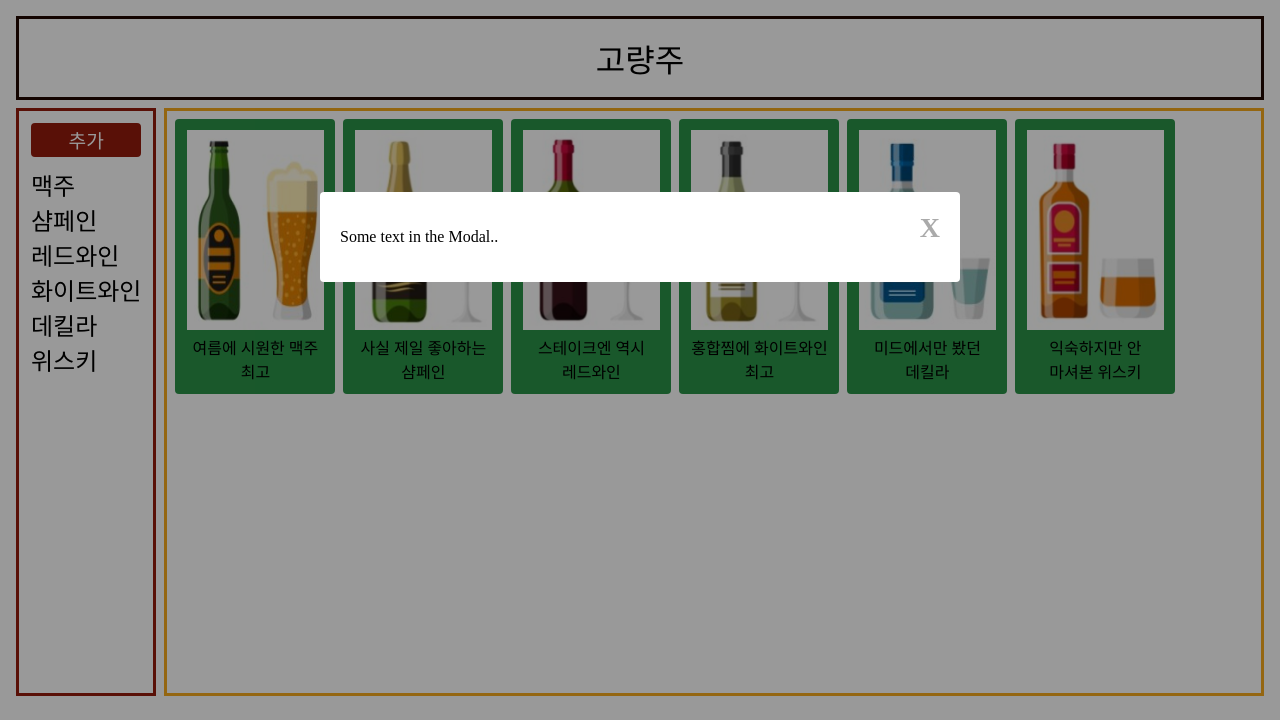
Repository: Jay-JYKim91/grj_2nd_week
Page: index.html
These files come from the project's save history. The page is drawn as it stood at one moment and after the next save; the edit follows.
The browser window is 1280 px wide. The pictures show the whole page.
Some web fonts or font styles are not loaded; a fallback is used.

Above is the page before, as saved 2022-05-16 16:43:34.

After the next save:
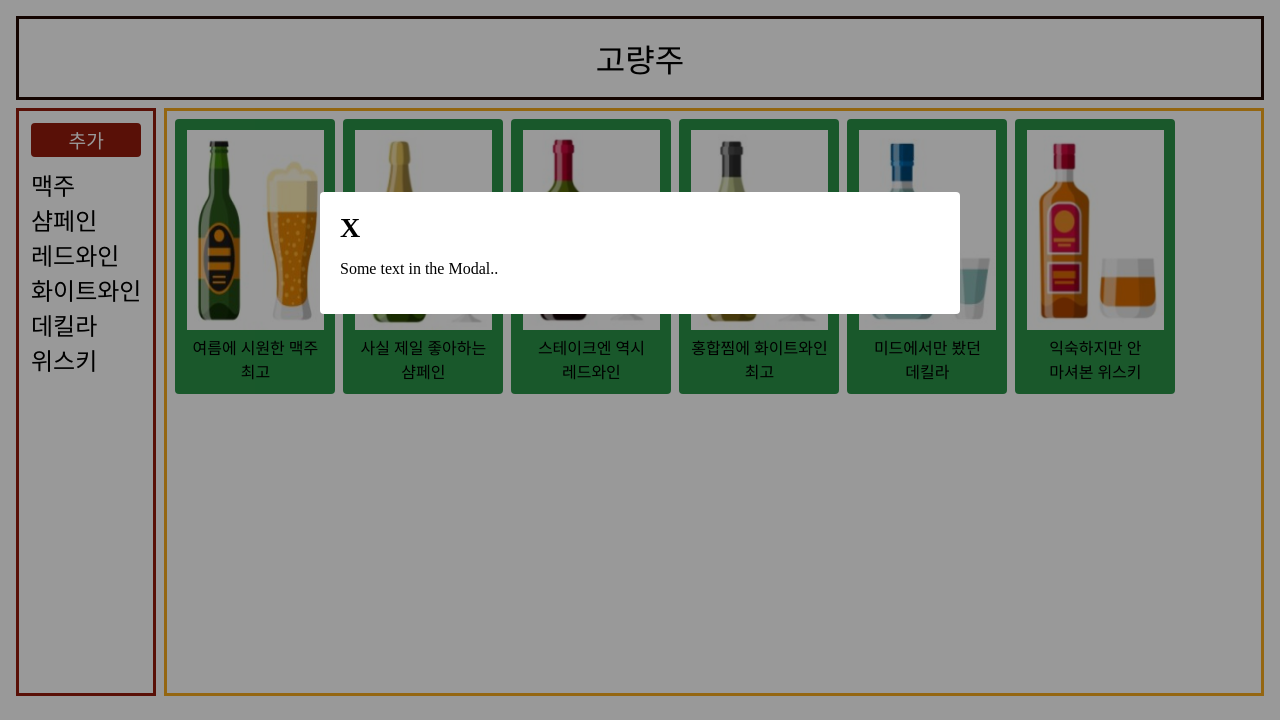
Saved 20 s later.
--- a/styles.css
+++ b/styles.css
@@ -118,14 +118,13 @@
   margin: 15% auto; /* 15% from the top and centered */
   padding: 20px;
   border-radius: 4px;
-  /* border: 1px solid #888; */
   width: 50%; /* Could be more or less, depending on screen size */
 }
 
 /* The Close Button */
 .close {
-  color: #aaa;
-  float: right;
+  color: black;
+  /* float: right; */
   font-size: 28px;
   font-weight: bold;
 }

After the save that followed:
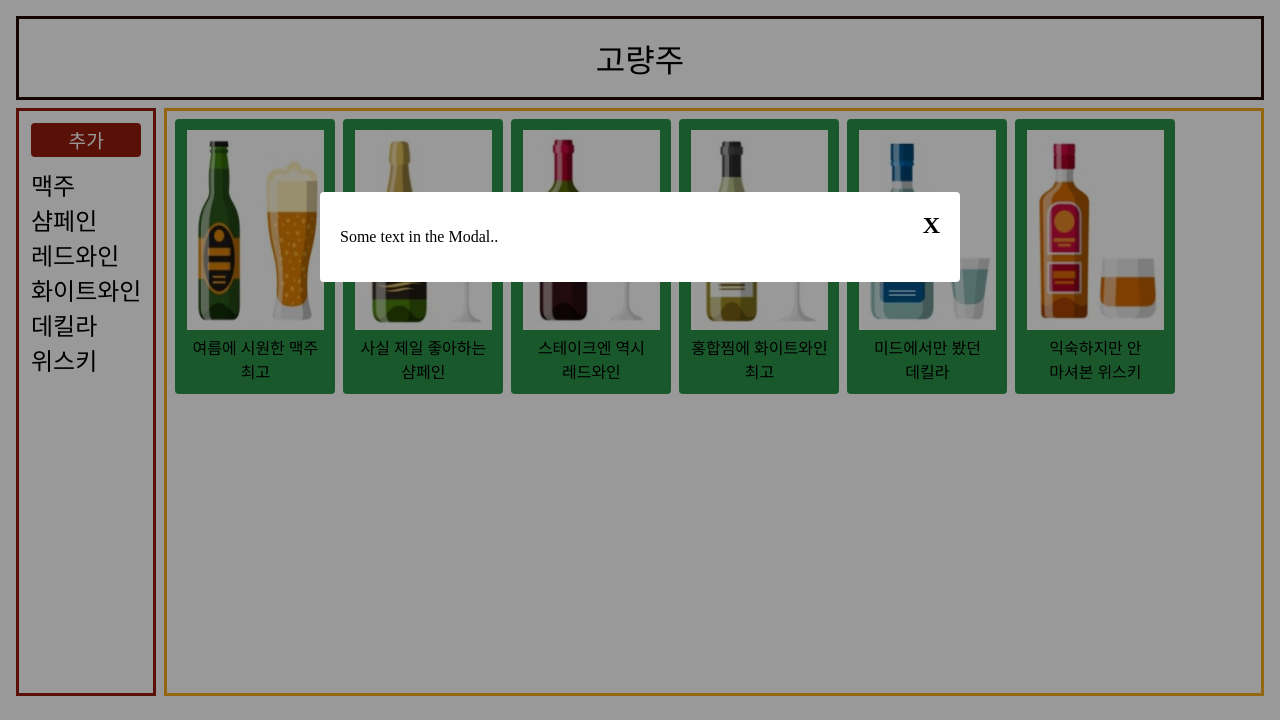
Saved 64 s later.
--- a/styles.css
+++ b/styles.css
@@ -124,8 +124,8 @@
 /* The Close Button */
 .close {
   color: black;
-  /* float: right; */
-  font-size: 28px;
+  float: right;
+  font-size: 1.5rem;
   font-weight: bold;
 }
 
